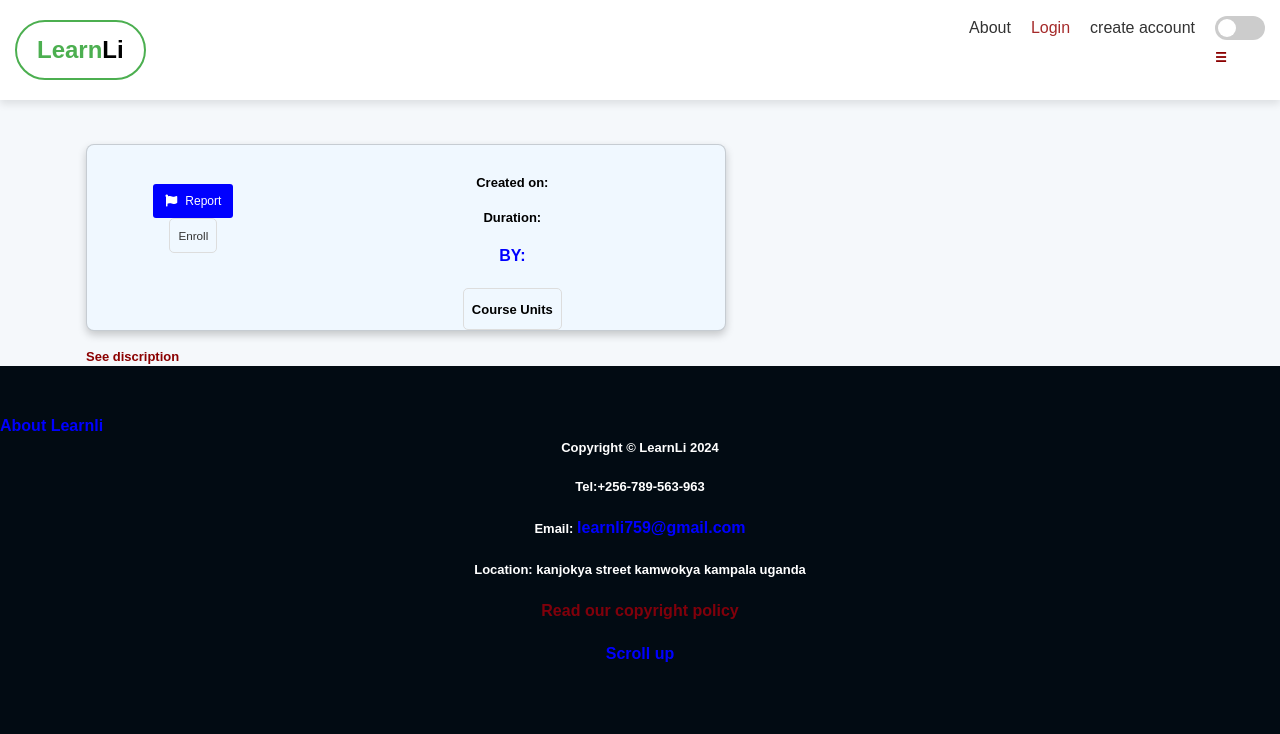
Repository: Learnli23/Learnli
Page: Learnli/Works/templates/course_details.html
These files come from the project's save history. The page is drawn as it stood at one moment and after the next save; the edit follows.
The browser window is 1280 px wide. The pictures show the whole page.
The template is drawn by Django 2.2. The application's start-up code is not run. The template is opened directly, without the code that normally fills it, so the values that code supplies are empty.

Above is the page before, as saved 2024-12-04 21:54:43.

After the next save:
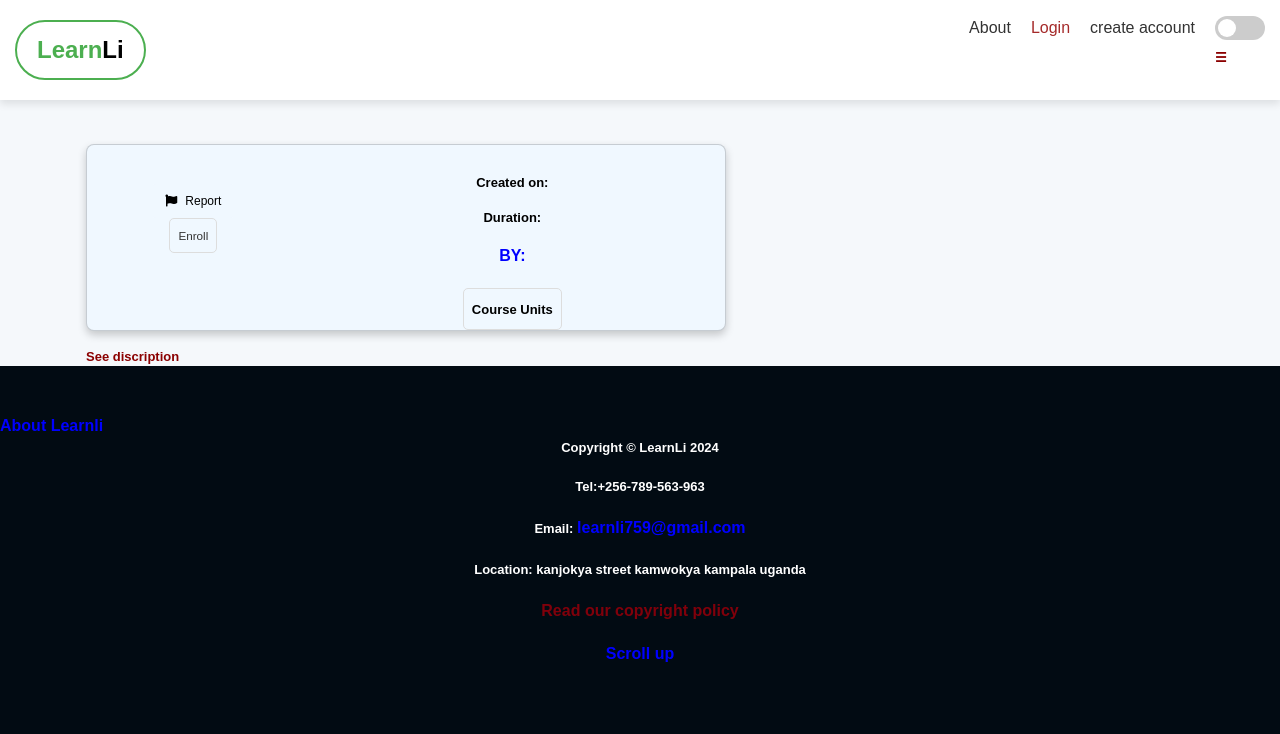
Saved 47 s later.
--- a/Learnli/Works/templates/course_details.html
+++ b/Learnli/Works/templates/course_details.html
@@ -96,8 +96,8 @@
     display: inline-flex;
     align-items: center;
     padding: 8px 12px;
-    background-color:blue;  /* Red background */
-    color: white;           /* White text */
+    background-color:aliceblue;  /* Red background */
+    color:black;           /* White text */
     border: none;
     border-radius: 3px;
     font-size: 12px;
